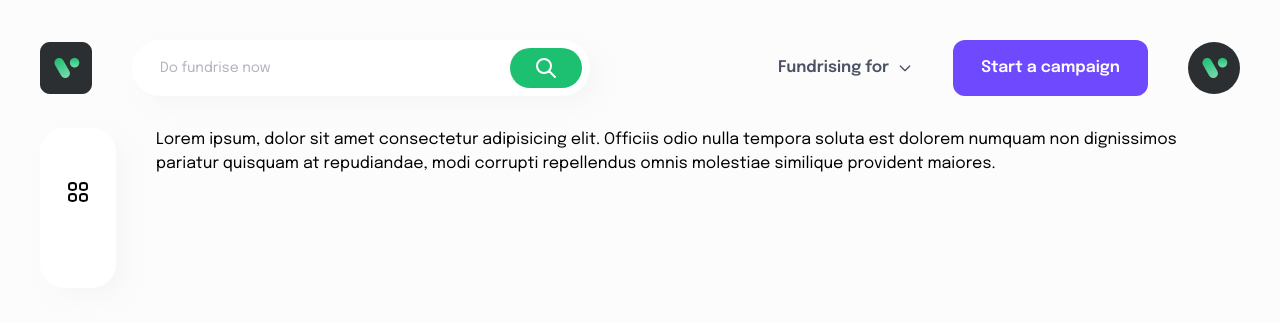
Repository: hoang0508/CrowFunding-APP
Page: /
An editor plug-in stored every save of this project. The page is shown before and after the next save, followed by the edit.
The browser window is 1280 px wide. The pictures show the whole page.
The project was rebuilt for these pictures with package versions that can differ from the ones it lists, and the page was loaded fresh each time. Also part of the build but not shown: src/components/icons/IconEyeToggle.js, src/components/common/ErrorComponent.js, src/components/button/ButtonGoogle.js. Imported but missing from the stored project, and not drawn on this page: src/store/reducers.

Above is the page before, as saved 2022-07-21 09:49:02.

After the next save:
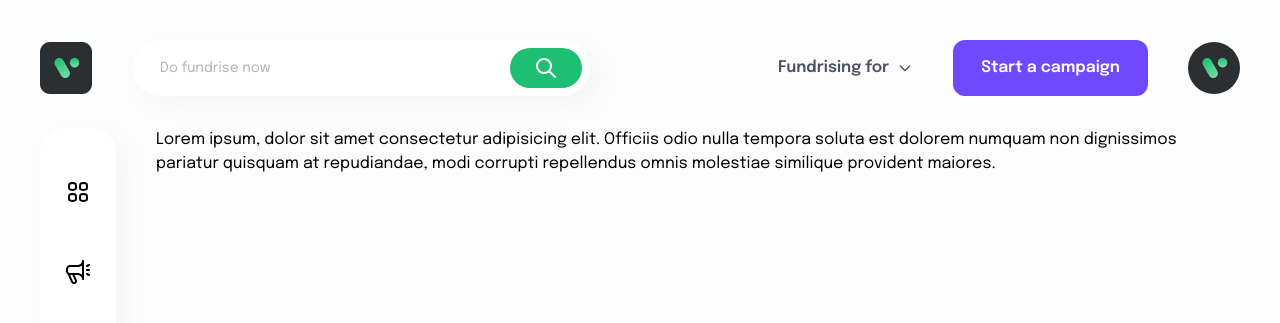
Saved 42 s later.
--- a/src/modules/dashboard/DashboardSidebar.js
+++ b/src/modules/dashboard/DashboardSidebar.js
@@ -1,4 +1,4 @@
-import { IconDashboard } from "components/icons";
+import { IconCampaign, IconDashboard } from "components/icons";
 import React from "react";
 import { NavLink } from "react-router-dom";
 
@@ -7,6 +7,11 @@ const sidebarLinks = [
     icon: <IconDashboard></IconDashboard>,
     title: "Dashboard",
     url: "/",
+  },
+  {
+    icon: <IconCampaign></IconCampaign>,
+    title: "Campaign",
+    url: "/campaign",
   },
 ];
 
